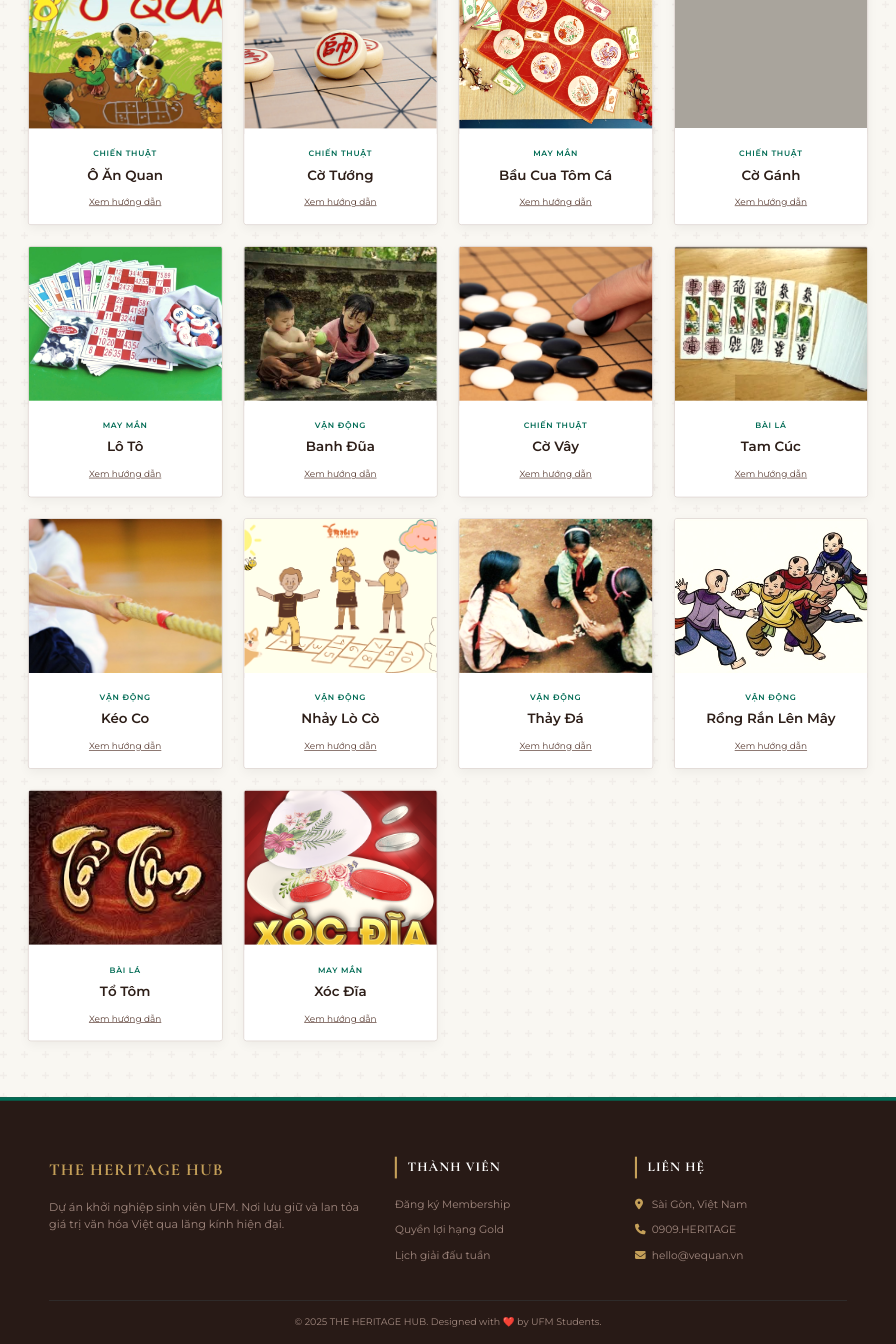
Repository: Lukas952003/Project-The-Heritage-Hub-Coffee-Marketing
Page: games.html
An editor plug-in stored every save of this project. The page is shown before and after the next save, followed by the edit.
The browser window is 1280 px wide. The pictures show the part of the page from y = 689 to 2609 px (the page is 2609 px tall), at 70% of full size.
Pictures or frames that could not be fetched are drawn as grey boxes. Backgrounds fixed to the window are drawn as part of the page.

Above is the page before, as saved 2025-12-29 11:20:59.

After the next save:
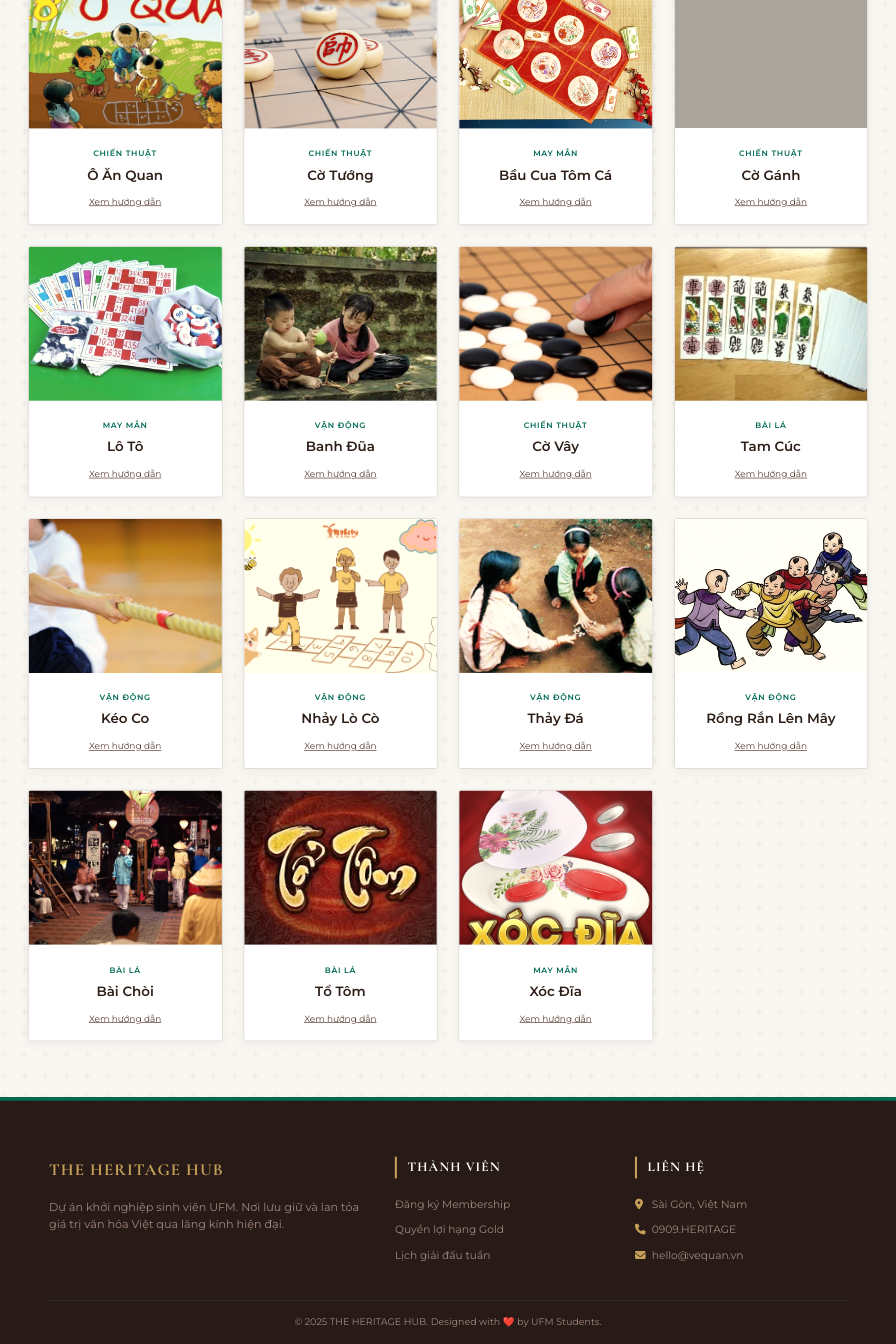
Saved 87 s later.
--- a/games.html
+++ b/games.html
@@ -726,6 +726,22 @@
           </div>
         </div>
 
+        <div
+          class="game-card"
+          data-cat="bai-la"
+          onclick="openModal(this)"
+          data-title="Bài Chòi"
+          data-img="./img/game-bai-choi.jpg"
+          data-desc="Di sản văn hóa phi vật thể miền Trung. Kết hợp trò chơi, hô hát dân gian và yếu tố may mắn."
+        >
+          <img src="./img/game-bai-choi.jpg" class="game-thumb" />
+          <div class="game-info">
+            <span class="game-tag">Bài Lá</span>
+            <div class="game-title">Bài Chòi</div>
+            <span class="btn-play">Xem hướng dẫn</span>
+          </div>
+        </div>
+
         <div class="game-card" data-cat="bai-la">
           <img src="./img/game-to-tom.jpg" class="game-thumb" />
           <div class="game-info">
